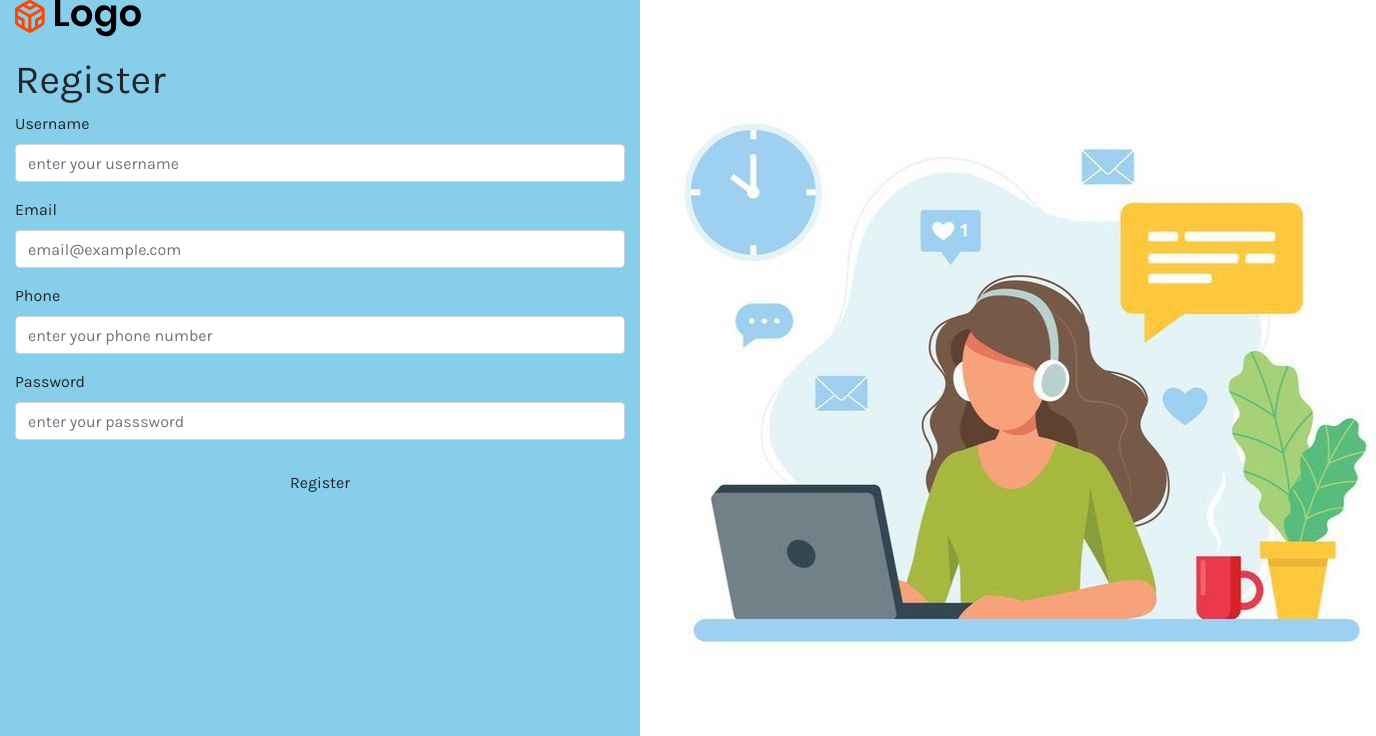
Repository: sara55m/Login
Page: http://localhost/register
The author's editor kept a copy of each file at every save. The page is drawn from the files as they stood at one save, then again after the next save.
The browser window is 1280 px wide. The page is 1376 px wide, then 1280 px, so the pictures cover 1376 px, including what lies to the right of the window. The pictures show the whole page.
Some web libraries are served in a nearby version. The page is served by the project's Laravel application, run on PHP 8.4 with Laravel 10.

Above is the page before, as saved 2024-03-18 08:03:00.

After the next save:
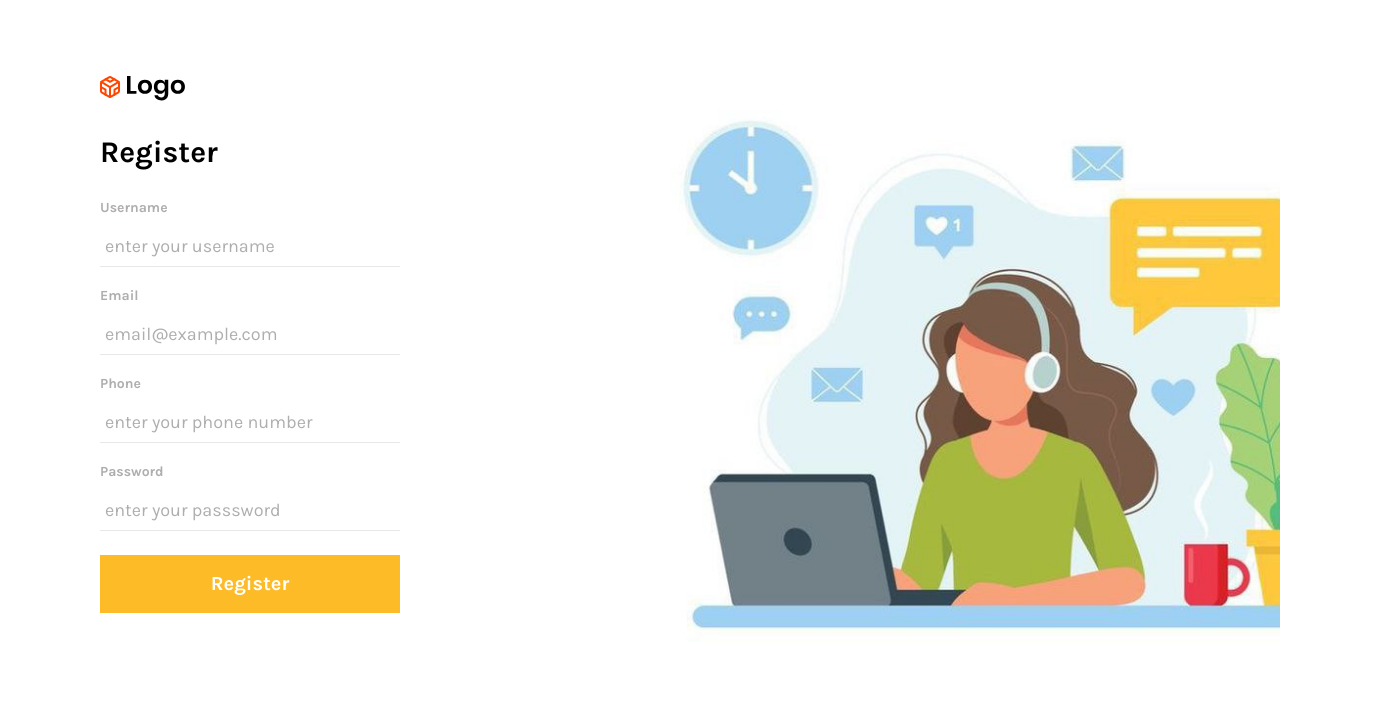
Saved 31 s later.
--- a/resources/views/register.blade.php
+++ b/resources/views/register.blade.php
@@ -4,11 +4,11 @@
   <meta charset="UTF-8">
   <meta name="viewport" content="width=device-width, initial-scale=1.0">
   <meta http-equiv="X-UA-Compatible" content="ie=edge">
-  <title>Login Template</title>
+  <title>Register Template</title>
   <link href="https://fonts.googleapis.com/css?family=Karla:400,700&display=swap" rel="stylesheet">
   <link rel="stylesheet" href="https://cdn.materialdesignicons.com/4.8.95/css/materialdesignicons.min.css">
   <link rel="stylesheet" href="https://stackpath.bootstrapcdn.com/bootstrap/4.4.1/css/bootstrap.min.css">
-  <link rel="stylesheet" href="assets/css/login.css">
+  <link rel="stylesheet" href="assets/css/register.css">
 </head>
 <body>
 
